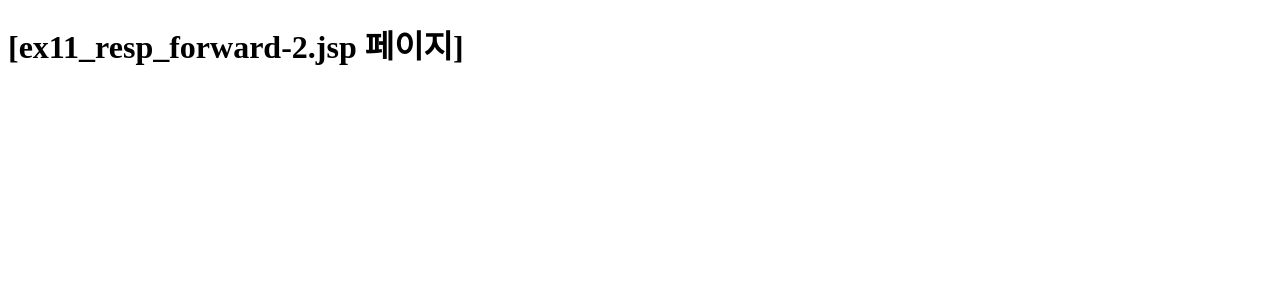
Repository: SeYoung1012/Bitcamp
Page: http://localhost/01_Servlet/ex11_resp_forward-2.jsp
These files come from the project's save history. The page is drawn as it stood at one moment and after the next save; the edit follows.
The browser window is 1280 px wide. The pictures show the whole page.
The page is served by Tomcat 9. Other server files are loaded and not shown.

Above is the page before, as saved 2021-09-27 07:34:06.

### 60_web/01_Servlet/WebContent/ex11_resp_forward-2.jsp
<%@ page language="java" contentType="text/html; charset=UTF-8"
    pageEncoding="UTF-8"%>
<!DOCTYPE html>
<html>
<head>
<meta charset="UTF-8">
<title>ex11_resp_forward-2.jsp</title>
</head>
<body>
	<h1> [ex11_resp_forward-2.jsp 페이지]</h1>
</body>
</html>

After the next save:
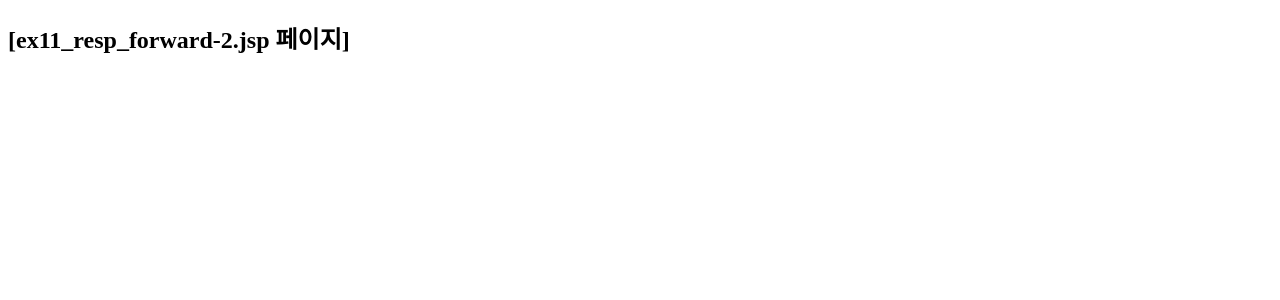
Saved 9 s later.
--- a/60_web/01_Servlet/WebContent/ex11_resp_forward-2.jsp
+++ b/60_web/01_Servlet/WebContent/ex11_resp_forward-2.jsp
@@ -7,6 +7,6 @@
 <title>ex11_resp_forward-2.jsp</title>
 </head>
 <body>
-	<h1> [ex11_resp_forward-2.jsp 페이지]</h1>
+	<h2> [ex11_resp_forward-2.jsp 페이지]</h2>
 </body>
 </html>
